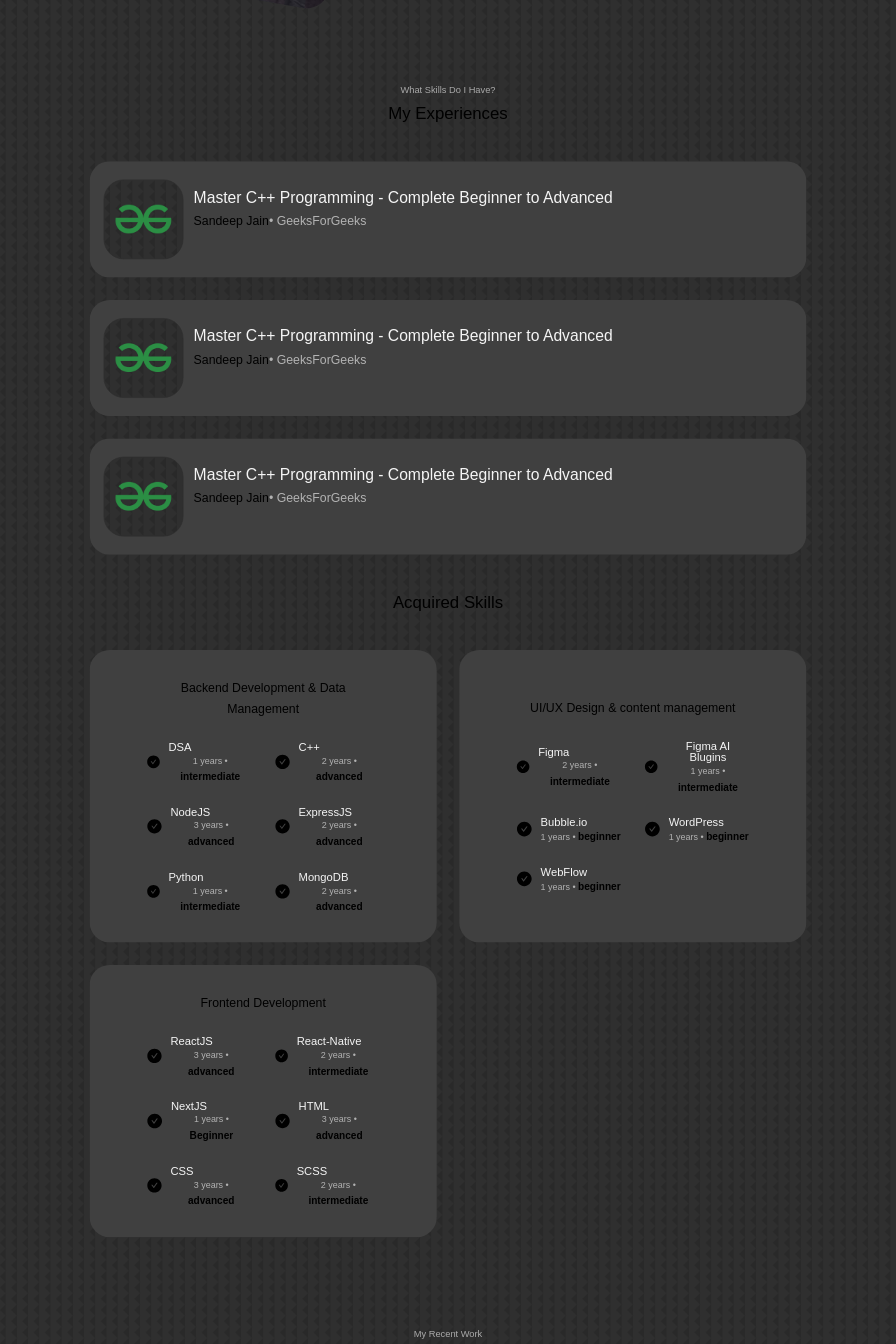
Repository: Z-Bahaa/project_joker_react_portfolio
Page: /
An editor plug-in stored every save of this project. The page is shown before and after a run of saves, followed by the edit.
The browser window is 1280 px wide. The pictures show the part of the page from y = 1449 to 3369 px (the page is 5441 px tall before and 5406 px after), at 70% of full size.
Some web fonts or font styles are not loaded; a fallback is used. The project was rebuilt for these pictures with package versions that can differ from the ones it lists, and the page was loaded fresh each time. Imported but missing from the stored project, and not drawn on this page: src/assets/resume.pdf.

Above is the page before, as saved 2023-08-21 14:19:52.

After the next 2 saves:
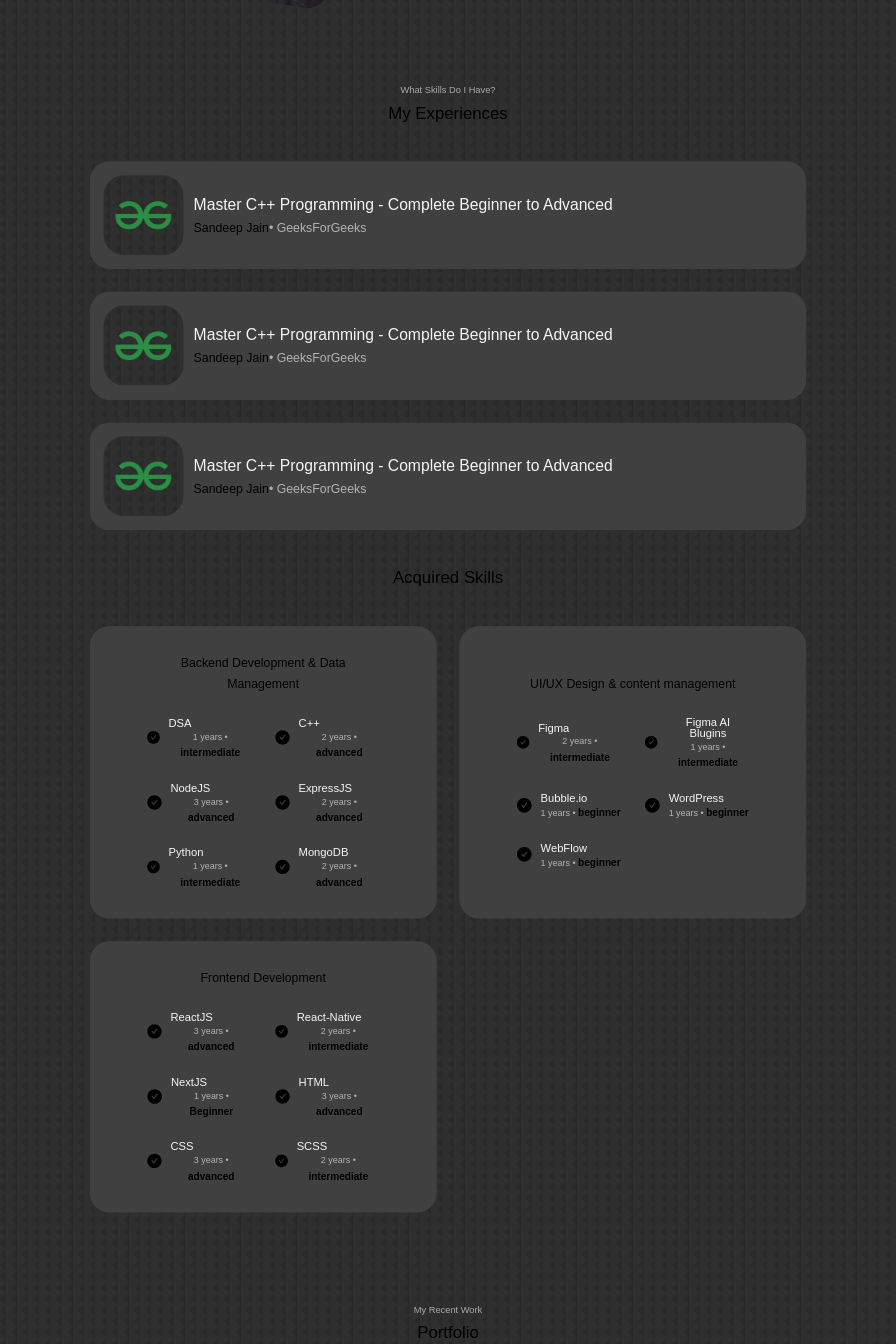
The 2 saves are shown as one change because they came seconds apart.
The last was saved 33 s later.
--- a/src/components/experience/experience.css
+++ b/src/components/experience/experience.css
@@ -98,14 +98,14 @@
 .history__container>div .course-details-container section span {
   text-align: center;
   font-size: 1.1rem;
-  margin-bottom: 2rem;
+  /* margin-bottom: 2rem; */
   color: var(--color-primary);
 
 }
 .history__container>div .course-details-container section p {
   text-align: center;
   font-size: 1.1rem;
-  margin-bottom: 1rem;
+  /* margin-bottom: 1rem; */
   color: var(--color-light);
 
 }
